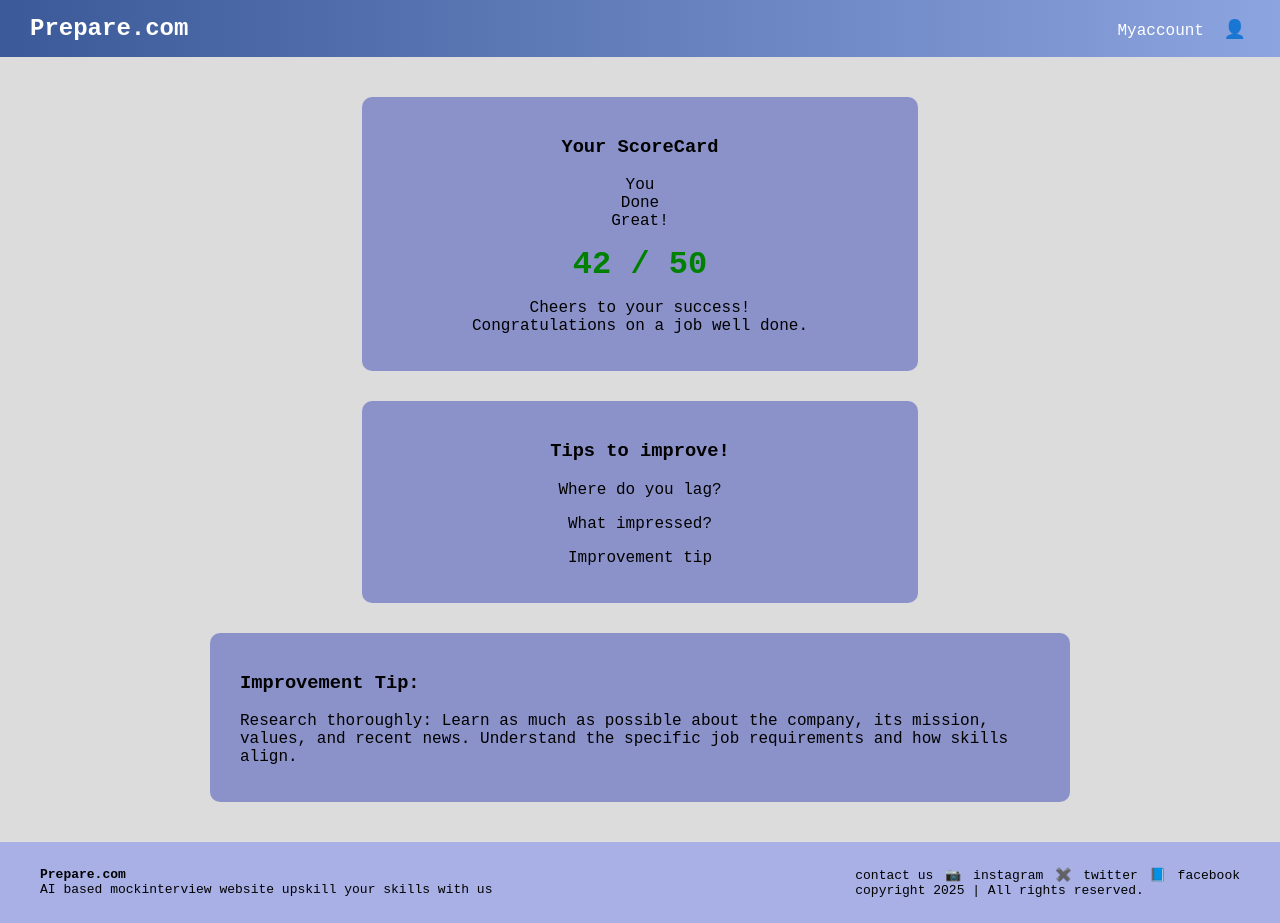
Repository: KetrolinSharon/Prepare.com
Page: scorecard.html
The author's editor kept a copy of each file at every save. The page is drawn from the files as they stood at one save, then again after the next save.
The browser window is 1280 px wide. The pictures show the whole page.
The page's requests for data from a server got no answer.

Above is the page before, as saved 2025-09-12 08:03:58.

After the next save:
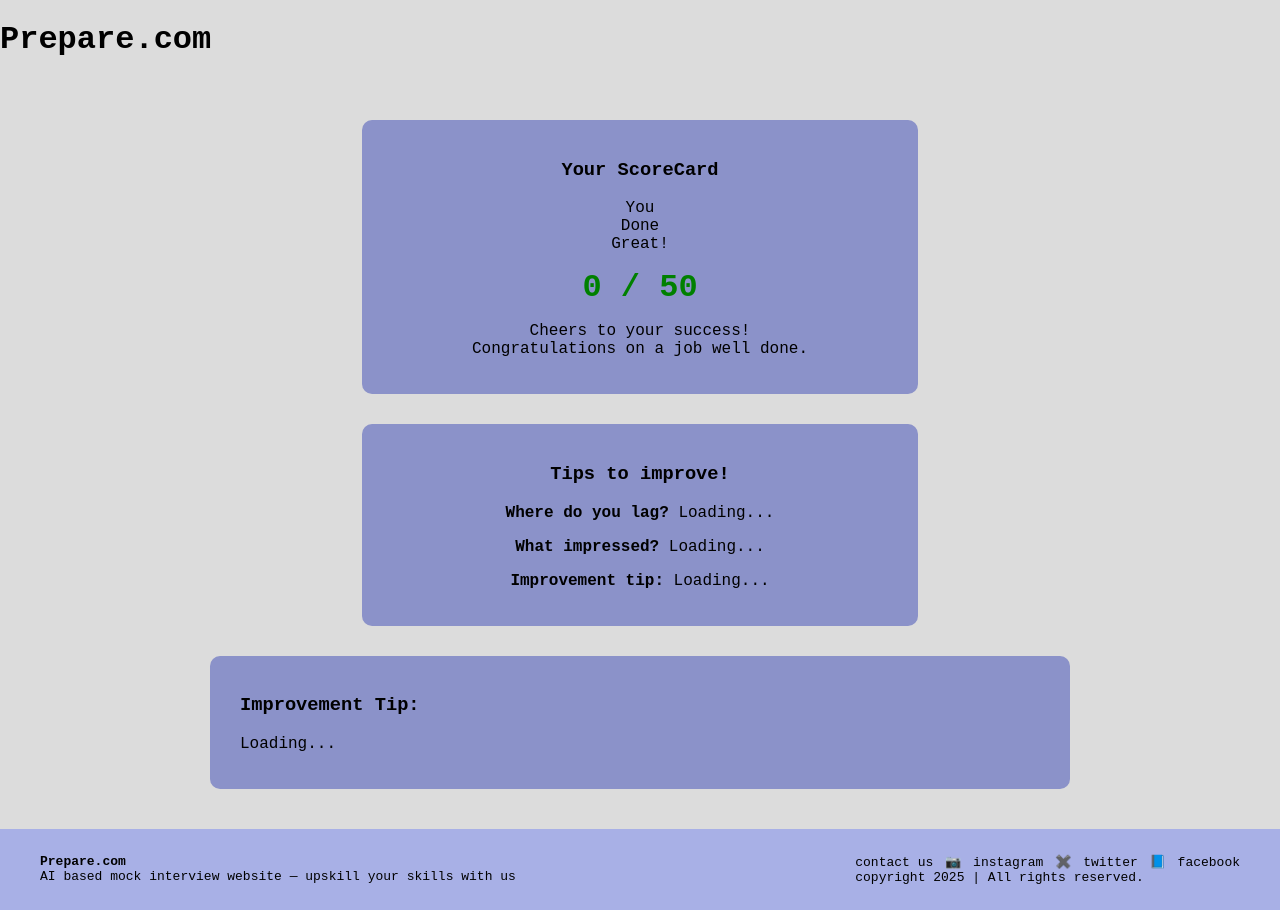
Saved 7 min 13 s later.
--- a/scorecard.html
+++ b/scorecard.html
@@ -1,45 +1,45 @@
 <!DOCTYPE html>
-<html lang="en">
+<html lang="en" ng-app="scoreApp">
 <head>
   <meta charset="UTF-8" />
   <meta name="viewport" content="width=device-width, initial-scale=1.0"/>
   <title>Scorecard | Prepare.com</title>
   <link rel="stylesheet" href="scorecard.css" />
+  <script src="https://ajax.googleapis.com/ajax/libs/angularjs/1.8.2/angular.min.js"></script>
 </head>
-<body>
+<body ng-controller="ScoreController">
 
-  <!-- Header will be injected via JS -->
-  <div id="header"></div>
+  <!-- Header -->
+  <div id="header">
+    <h1>Prepare.com</h1>
+  </div>
 
   <main class="score-container">
     <div class="box left">
       <h3>Your ScoreCard</h3>
       <p>You<br>Done<br>Great!</p>
-      <div class="score">42 / 50</div>
+      <div class="score">{{ score.obtained }} / {{ score.total }}</div>
       <p>Cheers to your success!<br>Congratulations on a job well done.</p>
     </div>
 
     <div class="box right">
       <h3>Tips to improve!</h3>
-      <p>Where do you lag?</p>
-      <p>What impressed?</p>
-      <p>Improvement tip</p>
+      <p><strong>Where do you lag?</strong> {{ tips.lag }}</p>
+      <p><strong>What impressed?</strong> {{ tips.impress }}</p>
+      <p><strong>Improvement tip:</strong> {{ tips.general }}</p>
     </div>
 
     <div class="box full">
       <h3>Improvement Tip:</h3>
-      <p>
-        Research thoroughly: Learn as much as possible about the company, its mission, values, and recent news.
-        Understand the specific job requirements and how skills align.
-      </p>
+      <p>{{ tips.detail }}</p>
     </div>
   </main>
 
-  <!-- Footer (directly in HTML) -->
+  <!-- Footer -->
   <footer>
     <div class="footer-left">
       <strong>Prepare.com</strong><br />
-      AI based mockinterview website upskill your skills with us
+      AI based mock interview website — upskill your skills with us
     </div>
     <div class="footer-center">
       contact us
@@ -51,6 +51,28 @@
     </div>
   </footer>
 
-  <script src="scorecard.js"></script>
+  <script>
+    var app = angular.module("scoreApp", []);
+
+    app.controller("ScoreController", ["$scope", "$http", function($scope, $http) {
+      $scope.score = { obtained: 0, total: 50 };
+      $scope.tips = {
+        lag: "Loading...",
+        impress: "Loading...",
+        general: "Loading...",
+        detail: "Loading..."
+      };
+
+      // ✅ Fetch score + tips from backend
+      $http.get("http://localhost:5000/api/scorecard/latest")
+        .then(function(response) {
+          $scope.score = response.data.score;
+          $scope.tips = response.data.tips;
+        })
+        .catch(function(err) {
+          console.error("Error fetching scorecard:", err);
+        });
+    }]);
+  </script>
 </body>
 </html>
